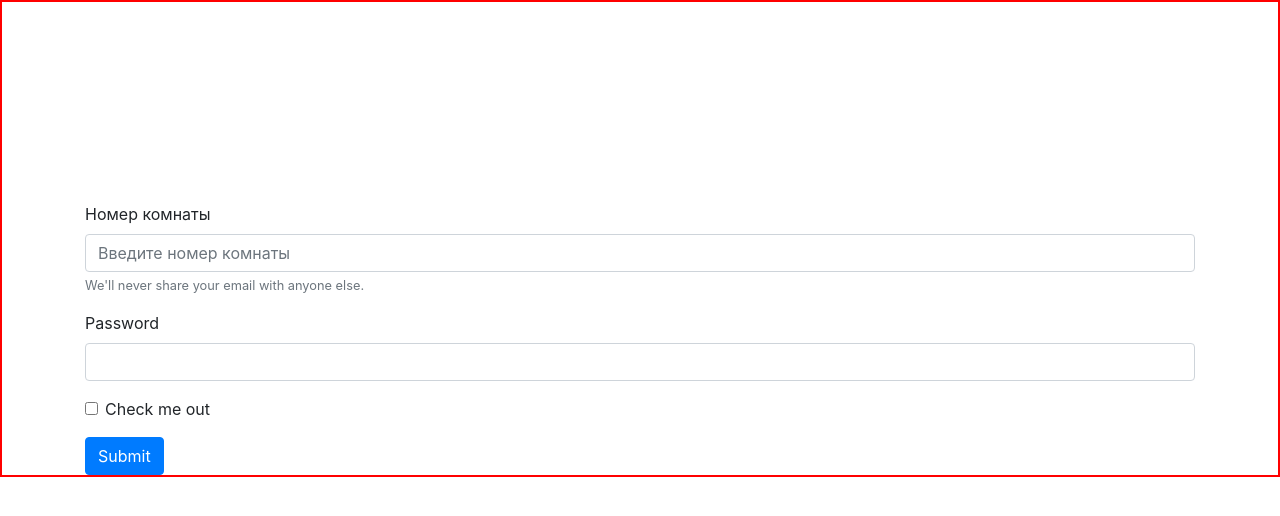
Repository: Hansol46/react-chat
Page: /
These files come from the project's save history. The page is drawn as it stood at one moment and after the next save; the edit follows.
The browser window is 1280 px wide. The pictures show the whole page.
The project was rebuilt for these pictures with package versions that can differ from the ones it lists, and the page was loaded fresh each time.

Above is the page before, as saved 2020-09-06 21:53:17.

### public/index.html
<!DOCTYPE html>
<html lang="en">
  <head>
    <meta charset="utf-8" />
    <link rel="icon" href="%PUBLIC_URL%/favicon.ico" />
    <meta name="viewport" content="width=device-width, initial-scale=1" />
    <meta name="theme-color" content="#000000" />
    <meta
      name="description"
      content="Web site created using create-react-app"
    />
    <link rel="apple-touch-icon" href="%PUBLIC_URL%/logo192.png" />
    <!--
      manifest.json provides metadata used when your web app is installed on a
      user's mobile device or desktop. See https://developers.google.com/web/fundamentals/web-app-manifest/
    -->
    <link rel="manifest" href="%PUBLIC_URL%/manifest.json" />
    <link rel="stylesheet"
    href="https://stackpath.bootstrapcdn.com/bootstrap/4.5.0/css/bootstrap.min.css"
    integrity="sha384-9aIt2nRpC12Uk9gS9baDl411NQApFmC26EwAOH8WgZl5MYYxFfc+NcPb1dKGj7Sk"
    crossorigin="anonymous">
    <!--
      Notice the use of %PUBLIC_URL% in the tags above.
      It will be replaced with the URL of the `public` folder during the build.
      Only files inside the `public` folder can be referenced from the HTML.

      Unlike "/favicon.ico" or "favicon.ico", "%PUBLIC_URL%/favicon.ico" will
      work correctly both with client-side routing and a non-root public URL.
      Learn how to configure a non-root public URL by running `npm run build`.
    -->
    <title>React App</title>
  </head>
  <body>
    <noscript>You need to enable JavaScript to run this app.</noscript>
    <div id="root"></div>
    <!--
      This HTML file is a template.
      If you open it directly in the browser, you will see an empty page.

      You can add webfonts, meta tags, or analytics to this file.
      The build step will place the bundled scripts into the <body> tag.

      To begin the development, run `npm start` or `yarn start`.
      To create a production bundle, use `npm run build` or `yarn build`.
    -->
  </body>
</html>

### src/App.js
import React from "react";
import "./App.css";
import io from "socket.io-client";

// const socket = io('http://localhost:9999')

function App() {
  const connectSocket = () => {
    io("http://localhost:9999");
  };

  return (
    <div className="App">
      <div className="container">
        <form>
          <div class="form-group">
            <label for="exampleInputEmail1"> Номер комнаты</label>
            <input
              type="text"
              class="form-control"
              id="exampleInputEmail1"
              aria-describedby="emailHelp"
              placeholder='Введите номер комнаты'
            />
            <small id="emailHelp" class="form-text text-muted">
              We'll never share your email with anyone else.
            </small>
          </div>
          <div class="form-group">
            <label for="exampleInputPassword1">Password</label>
            <input
              type="password"
              class="form-control"
              id="exampleInputPassword1"
            />
          </div>
          <div class="form-group form-check">
            <input
              type="checkbox"
              class="form-check-input"
              id="exampleCheck1"
            />
            <label class="form-check-label" for="exampleCheck1">
              Check me out
            </label>
          </div>
          <button type="submit" class="btn btn-primary">
            Submit
          </button>
        </form>
      </div>
    </div>
  );
}

export default App;

### src/App.css
.App {
  border: 2px solid red;
  padding-top: 200px;
}

Loaded but not shown: src/index.js (common file); src/index.css (common file)

After the next save:
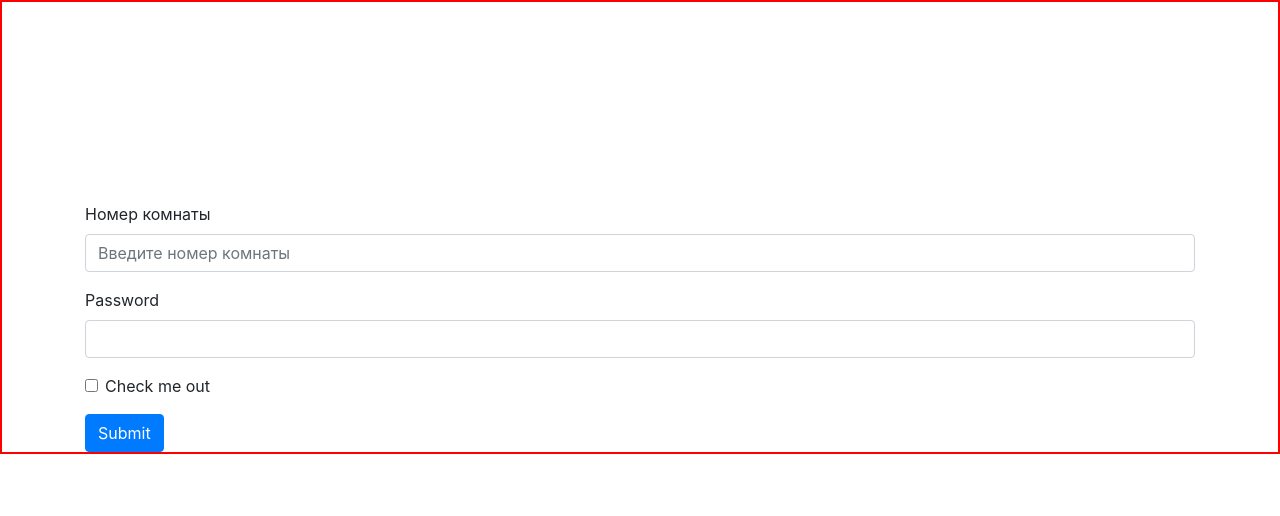
Saved 32 s later.
--- a/src/App.js
+++ b/src/App.js
@@ -22,9 +22,9 @@ function App() {
               aria-describedby="emailHelp"
               placeholder='Введите номер комнаты'
             />
-            <small id="emailHelp" class="form-text text-muted">
+            {/* <small id="emailHelp" class="form-text text-muted">
               We'll never share your email with anyone else.
-            </small>
+            </small> */}
           </div>
           <div class="form-group">
             <label for="exampleInputPassword1">Password</label>
